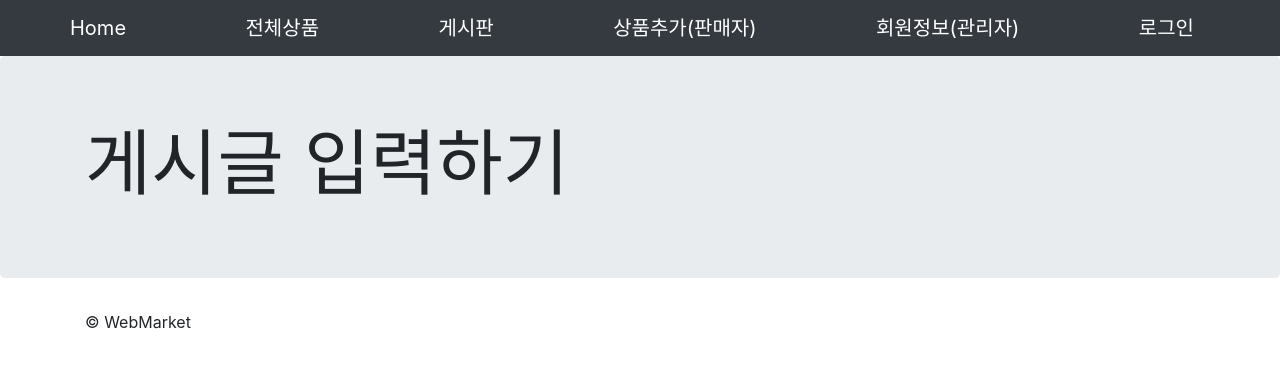
Repository: davisbyun/ai
Page: http://localhost/WebMarket/board/boardInsert.jsp
The author's editor kept a copy of each file at every save. The page is drawn from the files as they stood at one save, then again after the next save.
The browser window is 1280 px wide. The pictures show the whole page.
The page is served by Tomcat 9. Other server files are loaded and not shown.

Above is the page before, as saved 2024-01-30 03:35:12.

### WebMarket/src/main/webapp/board/boardInsert.jsp
<%@ page language="java" contentType="text/html; charset=UTF-8"
    pageEncoding="UTF-8"%>
<!DOCTYPE html>
<html>
<body>
<head>
<meta charset="UTF-8">
<title>boardList.jsp 게시글 입력하기 </title>
<link rel="stylesheet" href="./css/bootstrap.min.css" />

</head>
<body>
  <jsp:include page="../menu.jsp"></jsp:include>
  <div class="jumbotron">
    <div class="container">
        <h1 class="display-3"> 게시글 입력하기 </h1>
    </div>
  </div>


  <jsp:include page="../footer.jsp"/>

  </body>
  </html>

### WebMarket/src/main/webapp/menu.jsp
<%@ page language="java" contentType="text/html; charset=UTF-8"
    pageEncoding="UTF-8"%>
<!DOCTYPE html>
<html>
<head>
<meta charset="UTF-8">
<title>Insert title here</title>
<link rel="stylesheet" href="https://cdn.jsdelivr.net/npm/bootstrap@4.0.0/dist/css/bootstrap.min.css" integrity="sha384-Gn5384xqQ1aoWXA+058RXPxPg6fy4IWvTNh0E263XmFcJlSAwiGgFAW/dAiS6JXm" crossorigin="anonymous">
</head>
<body>
	 <nav class="navbar navbar-expand navbar-dark bg-dark">
    <div class="container">
        <div class="navbar-header">
            <a class="navbar-brand" href="/WebMarket/welcome.jsp">Home</a>
        </div>
        <div class="navbar-header">
            <a class="navbar-brand" href="/WebMarket/products.jsp">전체상품</a>
        </div>
        <div class="navbar-header">
            <a class="navbar-brand" href="/WebMarket/board/boardList.jsp">게시판</a>
        </div>
        <div class="navbar-header">
            <a class="navbar-brand" href="/WebMarket/addProduct.jsp">상품추가(판매자)</a>
        </div>
        <div class="navbar-header">
             <a class="navbar-brand" href="/WebMarket/member/memberInfo.jsp">회원정보(관리자)</a>
         </div>
         <%
            //세션 가져오기
            String name = (String)session.getAttribute("name");
         	String id = (String )session.getAttribute("id");
         	String loginOk = "로그인";
         	if( name != null ) {
         		loginOk = name + "님 ";
         %>
         <div class="navbar-header">
         	<div class="text-white"> <h5><%=loginOk %> </h5>&nbsp;&nbsp;
             <a class="navbar-brand" href="/WebMarket/member/logOut.jsp"> 로그아웃 </a>
         </div>
         </div>

         <%

         	}else {
         		loginOk = "로그인";
         %>
         <div class="navbar-header">
             <a class="navbar-brand" href="/WebMarket/member/login.jsp"><%= loginOk %></a>
         </div>
         <%
         	}
         %>

     </div>
   </nav>
</body>
</html>

### WebMarket/src/main/webapp/footer.jsp
<%@ page language="java" contentType="text/html; charset=UTF-8"
    pageEncoding="UTF-8"%>
<!DOCTYPE html>
<html>
<head>
<meta charset="UTF-8">
<title>Insert title here</title>
 <link rel="stylesheet" href="https://cdn.jsdelivr.net/npm/bootstrap@4.0.0/dist/css/bootstrap.min.css" integrity="sha384-Gn5384xqQ1aoWXA+058RXPxPg6fy4IWvTNh0E263XmFcJlSAwiGgFAW/dAiS6JXm" crossorigin="anonymous">
</head>
<body>
     <footer class="container">
	    <p>&copy; WebMarket</p>
	 </footer>
</body>
</html>

Loaded but not shown: WebMarket/src/main/webapp/css/bootstrap.min.css (library)

After the next save:
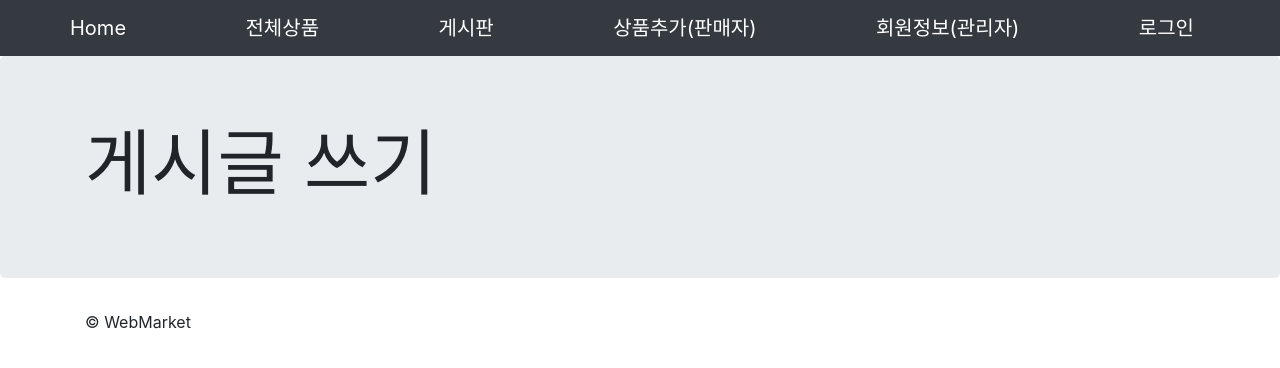
Saved 88 s later.
--- a/WebMarket/src/main/webapp/board/boardInsert.jsp
+++ b/WebMarket/src/main/webapp/board/boardInsert.jsp
@@ -5,7 +5,7 @@
 <body>
 <head>
 <meta charset="UTF-8">
-<title>boardList.jsp 게시글 입력하기 </title>
+<title>boardInsert.jsp 게시글 작성하기 </title>
 <link rel="stylesheet" href="./css/bootstrap.min.css" />
 
 </head>
@@ -13,7 +13,7 @@
   <jsp:include page="../menu.jsp"></jsp:include>
   <div class="jumbotron">
     <div class="container">
-        <h1 class="display-3"> 게시글 입력하기 </h1>
+        <h1 class="display-3"> 게시글 쓰기 </h1>
     </div>
   </div>
 
